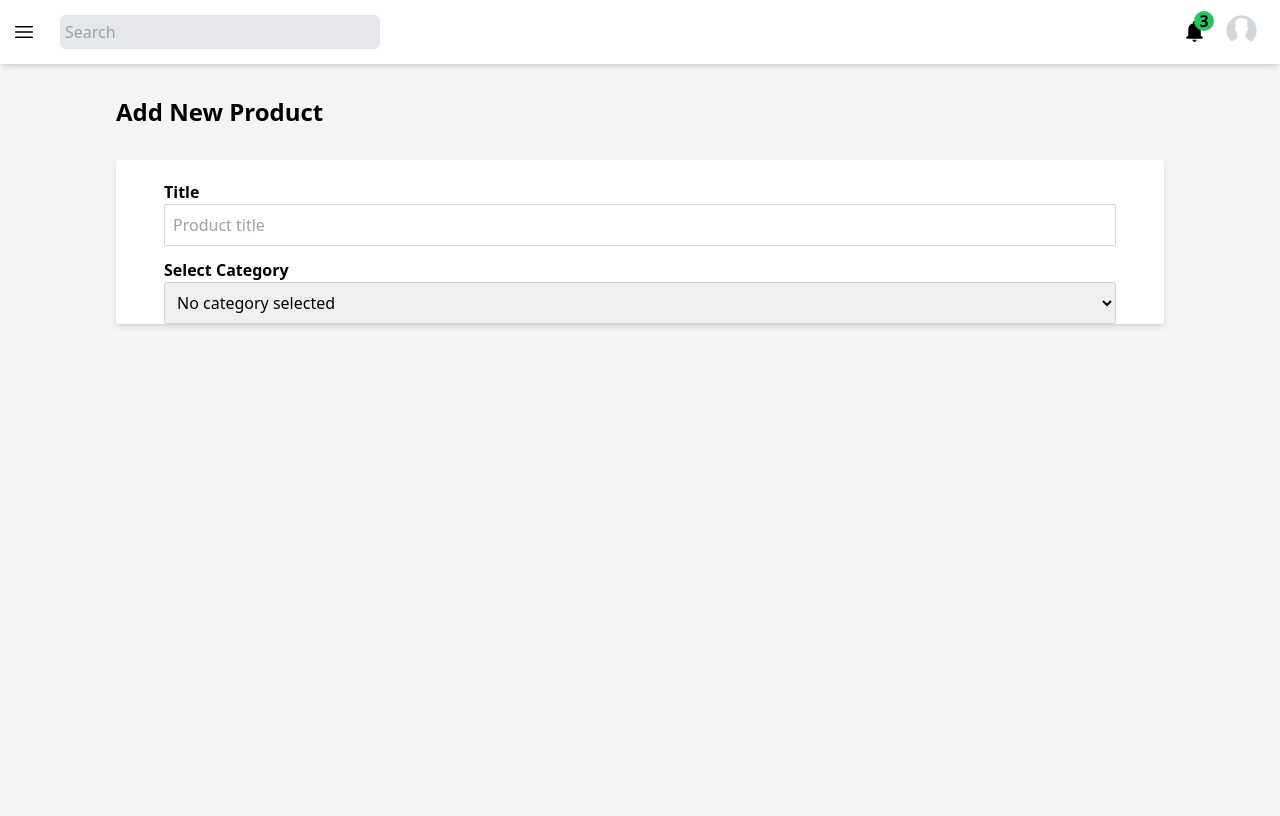
Repository: IssaMuiz/ifarmstock-admin
Page: /new-product
These files come from the project's save history. The page is drawn as it stood at one moment and after the next save; the edit follows.
The browser window is 1280 px wide. The pictures show the whole page.
The page's requests for data from a server got no answer. The project was rebuilt for these pictures with package versions that can differ from the ones it lists, and the page was loaded fresh each time. The framework's server and built-in components were replaced by stand-ins that run in the browser. No one was signed in, and anything a server would have sent is missing. Also part of the build but not shown: next.config.mjs.

Above is the page before, as saved 2024-10-12 23:53:48.

### app/layout.tsx
import type { Metadata } from "next";
import localFont from "next/font/local";
import "./globals.css";
import ClientSessionProvider from "../components/clientSessionProvider";

const geistSans = localFont({
  src: "./fonts/GeistVF.woff",
  variable: "--font-geist-sans",
  weight: "100 900",
});
const geistMono = localFont({
  src: "./fonts/GeistMonoVF.woff",
  variable: "--font-geist-mono",
  weight: "100 900",
});

export const metadata: Metadata = {
  title: "iFarmStock-admin",
  description: "Generated by create next app",
};

export default function RootLayout({
  children,
}: Readonly<{
  children: React.ReactNode;
}>) {
  return (
    <html lang="en">
      <body
        className={`${geistSans.variable} ${geistMono.variable} antialiased mx-5 bg-gray-100`}
      >
        <ClientSessionProvider>{children}</ClientSessionProvider>
      </body>
    </html>
  );
}

### app/new-product/page.tsx
import React from "react";

const NewProduct = () => {
  return (
    <section className="mt-24 min-h-screen  mx-12 md:mx-24">
      <div>
        <h1 className="text-2xl font-semibold mb-8">Add New Product</h1>
      </div>
      <form className="bg-white rounded-sm shadow-md">
        <div className="px-5 md:px-12 mb-3 pt-5">
          <label className="text-md font-semibold">Title</label>
          <input
            type="text"
            placeholder="Product title"
            className="w-full border border-gray-300 rounded-sm p-2"
          />
        </div>
        <div className="px-5 md:px-12 mb-3">
          <label className="text-md font-semibold pt-5">Select Category</label>
          <select className="w-full border border-gray-300 rounded-sm p-2">
            <option value="">No category selected</option>
            <option value="">Option2</option>
            <option value="">Option3</option>
          </select>
        </div>
      </form>
    </section>
  );
};

export default NewProduct;

### components/clientSessionProvider.tsx
"use client";

import { SessionProvider } from "next-auth/react";
import { ReactNode, useState } from "react";
import Navbar from "./navbar";
import Sidenav from "./sidenav";
import { usePathname } from "next/navigation";
export default function ClientSessionProvider({
  children,
}: {
  children: ReactNode;
}) {
  const [showSidebar, setShowSidebar] = useState(false);

  const pathname = usePathname();

  const noNavRoutes = [
    "/",
    "/forgot-password",
    "/reset-password",
    "/signup",
    "/verify-email",
  ];
  const toggleSidebar = () => {
    setShowSidebar((prev) => !prev);
  };
  return (
    <SessionProvider>
      <main className="flex ">
        <Sidenav showSidebar={showSidebar} setShowSidebar={setShowSidebar} />

        <div
          className={`fixed block xl:hidden inset-0 bg-black transition-opacity duration-300 ease-in-out z-10 ${
            showSidebar
              ? "opacity-40 pointer-events-auto"
              : "opacity-0 pointer-events-none"
          }`}
          onClick={toggleSidebar}
        ></div>
        <section
          className={`relative z-0 transition-all duration-300 ease-in-out ${
            showSidebar ? "xl:ml-64" : "w-full"
          }  flex-1`}
        >
          {!noNavRoutes.includes(pathname) && (
            <Navbar toggleSidebar={toggleSidebar} showSidebar={showSidebar} />
          )}

          {children}
        </section>
      </main>
    </SessionProvider>
  );
}

### components/navbar.tsx
import React, { useEffect, useRef } from "react";
import { useSession } from "next-auth/react";
import Image from "next/image";
import { useState } from "react";
import { signOut } from "next-auth/react";

interface ToggleSidebar {
  toggleSidebar: (event: React.MouseEvent<HTMLOrSVGElement>) => void;
  showSidebar: boolean;
}
const Navbar = ({ toggleSidebar, showSidebar }: ToggleSidebar) => {
  const [showProfile, setShowProfile] = useState(false);
  const { data: session } = useSession();
  const dropdownRef = useRef<HTMLDivElement>(null);

  const toggleShowProfile = () => {
    setShowProfile((prev) => !prev);
  };

  const handleClickOutside = (e: MouseEvent) => {
    if (
      dropdownRef.current &&
      !dropdownRef.current.contains(e.target as Node)
    ) {
      setShowProfile(false);
    }
  };

  useEffect(() => {
    document.addEventListener("mousedown", handleClickOutside);

    return () => {
      document.removeEventListener("mousedown", handleClickOutside);
    };
  }, []);
  return (
    <nav
      className={`bg-white h-16 fixed top-0 left-0 ${
        showSidebar ? "xl:left-64" : "w-full"
      } right-0 shadow-md z-10 transition-all ease-in-out duration-300`}
    >
      <div className="mx-auto flex justify-between p-2">
        <div className="leftnav flex-1 flex gap-2 md:gap-5 items-center ">
          <svg
            onClick={toggleSidebar}
            xmlns="http://www.w3.org/2000/svg"
            viewBox="0 0 24 24"
            strokeWidth={1.5}
            stroke="currentColor"
            className="size-8 rounded-sm cursor-pointer p-1 hover:bg-gray-300"
          >
            <path
              strokeLinecap="round"
              strokeLinejoin="round"
              d="M3.75 6.75h16.5M3.75 12h16.5m-16.5 5.25h16.5"
            />
          </svg>

          <input
            type="text"
            placeholder="Search"
            className="p-1 bg-gray-200 rounded-md max-w-80 flex-1 border outline-none"
          />
        </div>
        <div className="right-nav flex items-center gap-1 ml-2">
          <div className="relative cursor-pointer hover:bg-gray-300 rounded-sm p-2">
            <svg
              xmlns="http://www.w3.org/2000/svg"
              x="0px"
              y="0px"
              width="25"
              height="25"
              viewBox="0 0 24 24"
              className="fill:#1A1A1A;"
            >
              <path d="M 12 2 C 11.172 2 10.5 2.672 10.5 3.5 L 10.5 4.1953125 C 7.9131836 4.862095 6 7.2048001 6 10 L 6 16 L 4.4648438 17.15625 L 4.4628906 17.15625 A 1 1 0 0 0 4 18 A 1 1 0 0 0 5 19 L 12 19 L 19 19 A 1 1 0 0 0 20 18 A 1 1 0 0 0 19.537109 17.15625 L 18 16 L 18 10 C 18 7.2048001 16.086816 4.862095 13.5 4.1953125 L 13.5 3.5 C 13.5 2.672 12.828 2 12 2 z M 10 20 C 10 21.1 10.9 22 12 22 C 13.1 22 14 21.1 14 20 L 10 20 z"></path>
            </svg>
            <span className=" absolute flex items-center justify-center font-semibold top-0 left-5 bg-green-500 p-1 h-5 w-5 rounded-full">
              3
            </span>
          </div>
          <div className="relative ">
            <div
              className="cursor-pointer hover:bg-gray-100 flex items-center"
              onClick={toggleShowProfile}
            >
              <Image
                src={session?.user?.image || "/assets/images/avatar.png"}
                alt="profile-image"
                width={45}
                height={45}
                className="rounded-md p-1"
              />
              <div className="flex-col hidden md:flex p-1">
                <p className="font-semibold text-xs">{session?.user?.name}</p>
                <p>{session?.user?.email}</p>
              </div>
            </div>
            {showProfile && (
              <div
                ref={dropdownRef}
                className="bg-white shadow top-14 -right-2 absolute w-60 md:w-[18rem] text-xl font-semibold rounded-sm "
              >
                <div className="flex flex-col gap-3">
                  <p className="hover:bg-gray-300 cursor-pointer px-4 py-2 mt-5 transition-all ease-in-out duration-300 text-xs">
                    Profile
                  </p>
                  <hr />
                  <p
                    onClick={() => signOut()}
                    className="hover:bg-gray-300 cursor-pointer px-4 py-2 mb-2 transition-all ease-in-out duration-300 border-gray-300 text-xs"
                  >
                    Sign Out
                  </p>
                </div>
              </div>
            )}
          </div>
        </div>
      </div>
    </nav>
  );
};

export default Navbar;

### components/sidenav.tsx
import React from "react";
import Link from "next/link";

interface Sidebar {
  showSidebar: boolean;
  setShowSidebar: (Sidebar: boolean) => void;
}
const Sidenav = ({ showSidebar, setShowSidebar }: Sidebar) => {
  const closeSidebar = () => {
    if (window.innerWidth < 1280) {
      setShowSidebar(false);
    }
  };
  return (
    <aside className="h-20 overflow-y-auto">
      <div
        className={`fixed w-64 overflow-x-hidden scrollbar  overflow-auto z-20 left-0 top-0 bottom-0 transform transition-transform duration-300  bg-gray-600 ${
          showSidebar ? "translate-x-0" : "-translate-x-full"
        }`}
      >
        <div className="bg-green-600 h-16 flex items-center gap-2 font-bold justify-center">
          <p className="text-2xl">iFarmStock</p>
          <p className="bg-white p-1 rounded-sm font-semibold text-sm">ADMIN</p>
        </div>
        <div className="flex flex-col items-start gap-6 text-white text-base font-semibold mt-10">
          <Link
            onClick={closeSidebar}
            href="/dashboard"
            className="flex gap-5 w-full items-center py-3 px-6 hover:bg-gray-500 cursor-pointer"
          >
            <svg
              width="25px"
              height="25px"
              viewBox="0 0 24 24"
              fill="none"
              xmlns="http://www.w3.org/2000/svg"
            >
              <path
                d="M21.54 19.25H21.31C21.2159 19.2194 21.1288 19.1706 21.0537 19.1062C20.9785 19.0418 20.9169 18.9632 20.8723 18.8749C20.8277 18.7866 20.8009 18.6903 20.7937 18.5917C20.7864 18.493 20.7988 18.3939 20.83 18.3C21.2622 16.9152 21.3626 15.4482 21.1231 14.0175C20.8837 12.5868 20.3111 11.2324 19.4516 10.0638C18.5921 8.89521 17.4698 7.94514 16.1754 7.29034C14.8809 6.63553 13.4506 6.29435 12 6.29435C10.5494 6.29435 9.11906 6.63553 7.82462 7.29034C6.53019 7.94514 5.4079 8.89521 4.54841 10.0638C3.68892 11.2324 3.11633 12.5868 2.87688 14.0175C2.63743 15.4482 2.73784 16.9152 3.17 18.3C3.21197 18.396 3.23338 18.4997 3.23284 18.6044C3.2323 18.7092 3.20983 18.8126 3.16687 18.9082C3.12391 19.0037 3.06142 19.0892 2.98341 19.1591C2.90541 19.229 2.81363 19.2818 2.71398 19.314C2.61434 19.3463 2.50903 19.3574 2.40485 19.3465C2.30068 19.3356 2.19994 19.303 2.10912 19.2508C2.01831 19.1986 1.93943 19.128 1.87758 19.0434C1.81573 18.9589 1.77226 18.8624 1.75 18.76C1.28255 17.2814 1.14055 15.7191 1.33375 14.1804C1.52694 12.6417 2.05074 11.1631 2.86922 9.84591C3.68769 8.52873 4.78146 7.40423 6.07545 6.54957C7.36945 5.69492 8.83303 5.13034 10.3658 4.89459C11.8985 4.65884 13.4641 4.7575 14.9551 5.1838C16.4461 5.61009 17.8273 6.35393 19.0037 7.36426C20.1802 8.3746 21.1241 9.62751 21.7708 11.037C22.4174 12.4465 22.7515 13.9792 22.75 15.53C22.75 16.6259 22.5814 17.7154 22.25 18.76C22.1977 18.9057 22.1011 19.0313 21.9738 19.1192C21.8464 19.2071 21.6947 19.2528 21.54 19.25Z"
                fill="#ffffff"
              />
              <path
                d="M21.54 19.25H2.45999C2.26108 19.25 2.07031 19.171 1.92966 19.0303C1.78901 18.8897 1.70999 18.6989 1.70999 18.5C1.70999 18.3011 1.78901 18.1103 1.92966 17.9697C2.07031 17.829 2.26108 17.75 2.45999 17.75H21.54C21.7389 17.75 21.9297 17.829 22.0703 17.9697C22.211 18.1103 22.29 18.3011 22.29 18.5C22.29 18.6989 22.211 18.8897 22.0703 19.0303C21.9297 19.171 21.7389 19.25 21.54 19.25Z"
                fill="#ffffff"
              />
              <path
                d="M12 16.25C11.9015 16.2505 11.8038 16.2312 11.7128 16.1935C11.6218 16.1557 11.5392 16.1001 11.47 16.03C11.3295 15.8894 11.2507 15.6988 11.2507 15.5C11.2507 15.3013 11.3295 15.1106 11.47 14.97L15.47 10.97C15.613 10.8661 15.788 10.8161 15.9643 10.8287C16.1406 10.8413 16.3067 10.9157 16.4335 11.0389C16.5602 11.162 16.6394 11.326 16.6571 11.5018C16.6747 11.6777 16.6297 11.8541 16.53 12L12.53 16C12.4633 16.0756 12.3819 16.1367 12.2908 16.1797C12.1997 16.2227 12.1007 16.2466 12 16.25Z"
                fill="#ffffff"
              />
            </svg>
            <p>Dashboard</p>
          </Link>
          <Link
            onClick={closeSidebar}
            href="/products"
            className="flex gap-5 w-full items-center py-3 px-6 hover:bg-gray-500 cursor-pointer"
          >
            <svg
              xmlns="http://www.w3.org/2000/svg"
              fill="none"
              viewBox="0 0 24 24"
              strokeWidth={1.5}
              stroke="currentColor"
              className="size-6"
            >
              <path
                strokeLinecap="round"
                strokeLinejoin="round"
                d="M6 6.878V6a2.25 2.25 0 0 1 2.25-2.25h7.5A2.25 2.25 0 0 1 18 6v.878m-12 0c.235-.083.487-.128.75-.128h10.5c.263 0 .515.045.75.128m-12 0A2.25 2.25 0 0 0 4.5 9v.878m13.5-3A2.25 2.25 0 0 1 19.5 9v.878m0 0a2.246 2.246 0 0 0-.75-.128H5.25c-.263 0-.515.045-.75.128m15 0A2.25 2.25 0 0 1 21 12v6a2.25 2.25 0 0 1-2.25 2.25H5.25A2.25 2.25 0 0 1 3 18v-6c0-.98.626-1.813 1.5-2.122"
              />
            </svg>

            <p>Products</p>
          </Link>
          <Link
            onClick={closeSidebar}
            href="/categories"
            className="flex gap-5 w-full items-center py-3 px-6 hover:bg-gray-500 cursor-pointer"
          >
            <svg
              xmlns="http://www.w3.org/2000/svg"
              fill="none"
              viewBox="0 0 24 24"
              strokeWidth={1.5}
              stroke="currentColor"
              className="size-6"
            >
              <path
                strokeLinecap="round"
                strokeLinejoin="round"
                d="M20.25 6.375c0 2.278-3.694 4.125-8.25 4.125S3.75 8.653 3.75 6.375m16.5 0c0-2.278-3.694-4.125-8.25-4.125S3.75 4.097 3.75 6.375m16.5 0v11.25c0 2.278-3.694 4.125-8.25 4.125s-8.25-1.847-8.25-4.125V6.375m16.5 0v3.75m-16.5-3.75v3.75m16.5 0v3.75C20.25 16.153 16.556 18 12 18s-8.25-1.847-8.25-4.125v-3.75m16.5 0c0 2.278-3.694 4.125-8.25 4.125s-8.25-1.847-8.25-4.125"
              />
            </svg>

            <p>Categories</p>
          </Link>
          <Link
            onClick={closeSidebar}
            href="/orders"
            className="flex gap-5 w-full items-center py-3 px-6 hover:bg-gray-500 cursor-pointer"
          >
            <svg
              xmlns="http://www.w3.org/2000/svg"
              fill="none"
              viewBox="0 0 24 24"
              strokeWidth={1.5}
              stroke="currentColor"
              className="size-6"
            >
              <path
                strokeLinecap="round"
                strokeLinejoin="round"
                d="M2.25 3h1.386c.51 0 .955.343 1.087.835l.383 1.437M7.5 14.25a3 3 0 0 0-3 3h15.75m-12.75-3h11.218c1.121-2.3 2.1-4.684 2.924-7.138a60.114 60.114 0 0 0-16.536-1.84M7.5 14.25 5.106 5.272M6 20.25a.75.75 0 1 1-1.5 0 .75.75 0 0 1 1.5 0Zm12.75 0a.75.75 0 1 1-1.5 0 .75.75 0 0 1 1.5 0Z"
              />
            </svg>

            <p>Orders</p>
          </Link>
          <Link
            onClick={closeSidebar}
            href="/customers"
            className="flex gap-5 w-full items-center py-3 px-6 hover:bg-gray-500 cursor-pointer"
          >
            <svg
              xmlns="http://www.w3.org/2000/svg"
              fill="none"
              viewBox="0 0 24 24"
              strokeWidth={1.5}
              stroke="currentColor"
              className="size-6"
            >
              <path
                strokeLinecap="round"
                strokeLinejoin="round"
                d="M15.75 6a3.75 3.75 0 1 1-7.5 0 3.75 3.75 0 0 1 7.5 0ZM4.501 20.118a7.5 7.5 0 0 1 14.998 0A17.933 17.933 0 0 1 12 21.75c-2.676 0-5.216-.584-7.499-1.632Z"
              />
            </svg>

            <p>Customers</p>
          </Link>
          <Link
            onClick={closeSidebar}
            href="/settings"
            className="flex gap-5 w-full items-center py-3 px-6 hover:bg-gray-500 cursor-pointer"
          >
            <svg
              xmlns="http://www.w3.org/2000/svg"
              fill="none"
              viewBox="0 0 24 24"
              strokeWidth={1.5}
              stroke="currentColor"
              className="size-6"
            >
              <path
                strokeLinecap="round"
                strokeLinejoin="round"
                d="M9.594 3.94c.09-.542.56-.94 1.11-.94h2.593c.55 0 1.02.398 1.11.94l.213 1.281c.063.374.313.686.645.87.074.04.147.083.22.127.325.196.72.257 1.075.124l1.217-.456a1.125 1.125 0 0 1 1.37.49l1.296 2.247a1.125 1.125 0 0 1-.26 1.431l-1.003.827c-.293.241-.438.613-.43.992a7.723 7.723 0 0 1 0 .255c-.008.378.137.75.43.991l1.004.827c.424.35.534.955.26 1.43l-1.298 2.247a1.125 1.125 0 0 1-1.369.491l-1.217-.456c-.355-.133-.75-.072-1.076.124a6.47 6.47 0 0 1-.22.128c-.331.183-.581.495-.644.869l-.213 1.281c-.09.543-.56.94-1.11.94h-2.594c-.55 0-1.019-.398-1.11-.94l-.213-1.281c-.062-.374-.312-.686-.644-.87a6.52 6.52 0 0 1-.22-.127c-.325-.196-.72-.257-1.076-.124l-1.217.456a1.125 1.125 0 0 1-1.369-.49l-1.297-2.247a1.125 1.125 0 0 1 .26-1.431l1.004-.827c.292-.24.437-.613.43-.991a6.932 6.932 0 0 1 0-.255c.007-.38-.138-.751-.43-.992l-1.004-.827a1.125 1.125 0 0 1-.26-1.43l1.297-2.247a1.125 1.125 0 0 1 1.37-.491l1.216.456c.356.133.751.072 1.076-.124.072-.044.146-.086.22-.128.332-.183.582-.495.644-.869l.214-1.28Z"
              />
              <path
                strokeLinecap="round"
                strokeLinejoin="round"
                d="M15 12a3 3 0 1 1-6 0 3 3 0 0 1 6 0Z"
              />
            </svg>

            <p>Settings</p>
          </Link>
        </div>
      </div>
    </aside>
  );
};

export default Sidenav;

Loaded but not shown: app/globals.css (common file); tailwind.config.ts (common file)

After the next save:
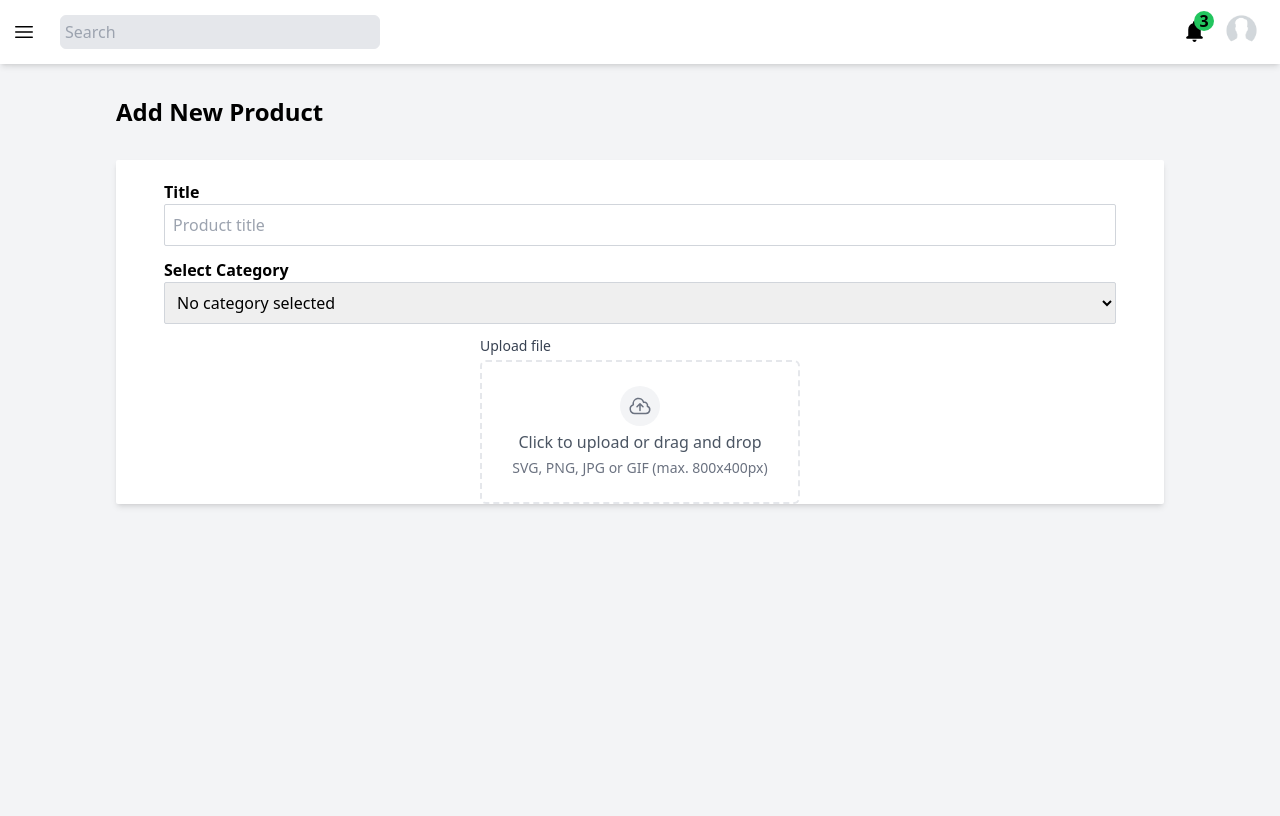
Saved 6 min 4 s later.
--- a/app/new-product/page.tsx
+++ b/app/new-product/page.tsx
@@ -23,6 +23,45 @@ const NewProduct = () => {
             <option value="">Option3</option>
           </select>
         </div>
+
+        <div className="mx-auto max-w-xs">
+          <label className="mb-1 block text-sm font-medium text-gray-700">
+            Upload file
+          </label>
+          <label className="flex w-full cursor-pointer appearance-none items-center justify-center rounded-md border-2 border-dashed border-gray-200 p-6 transition-all hover:border-primary-300">
+            <div className="space-y-1 text-center">
+              <div className="mx-auto inline-flex h-10 w-10 items-center justify-center rounded-full bg-gray-100">
+                <svg
+                  xmlns="http://www.w3.org/2000/svg"
+                  fill="none"
+                  viewBox="0 0 24 24"
+                  stroke-width="1.5"
+                  stroke="currentColor"
+                  className="h-6 w-6 text-gray-500"
+                >
+                  <path
+                    stroke-linecap="round"
+                    stroke-linejoin="round"
+                    d="M12 16.5V9.75m0 0l3 3m-3-3l-3 3M6.75 19.5a4.5 4.5 0 01-1.41-8.775 5.25 5.25 0 0110.233-2.33 3 3 0 013.758 3.848A3.752 3.752 0 0118 19.5H6.75z"
+                  />
+                </svg>
+              </div>
+              <div className="text-gray-600">
+                <a
+                  href="#"
+                  className="font-medium text-primary-500 hover:text-primary-700"
+                >
+                  Click to upload
+                </a>{" "}
+                or drag and drop
+              </div>
+              <p className="text-sm text-gray-500">
+                SVG, PNG, JPG or GIF (max. 800x400px)
+              </p>
+            </div>
+            <input id="example5" type="file" className="sr-only" />
+          </label>
+        </div>
       </form>
     </section>
   );
